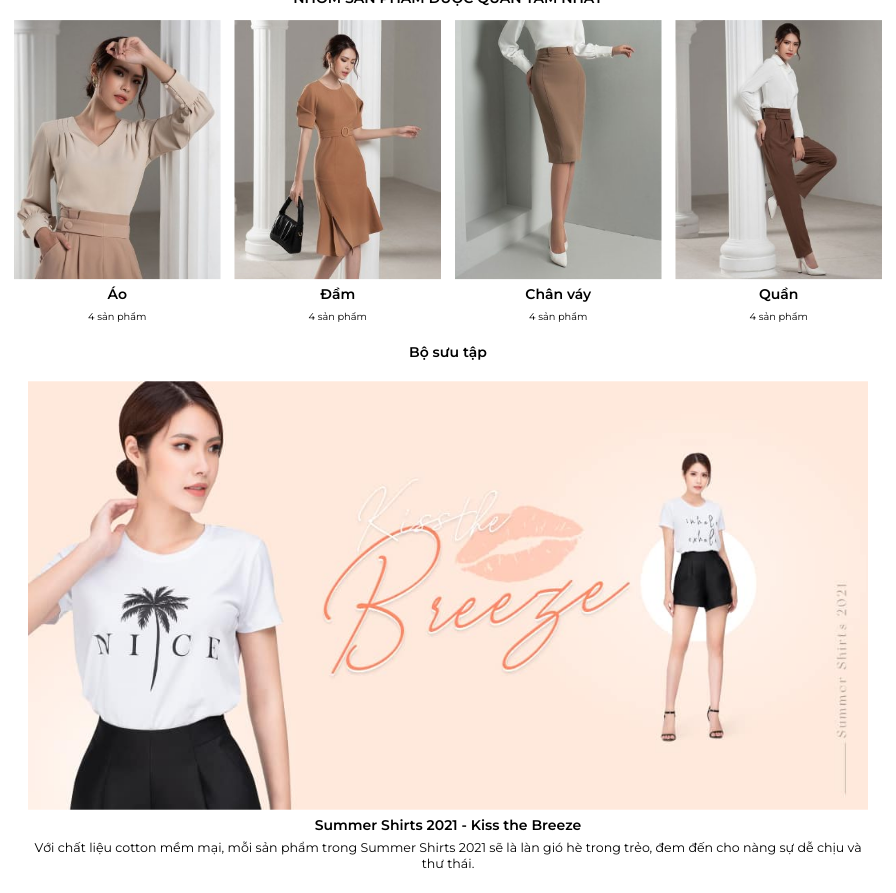
Repository: Nguyenductuan-dev/bt_j2team
Page: index.html
An editor plug-in stored every save of this project. The page is shown before and after the next save, followed by the edit.
The browser window is 1280 px wide. The pictures show the part of the page from y = 1424 to 3344 px (the page is 2699 px tall before and 3344 px after), at 70% of full size.

Above is the page before, as saved 2021-12-12 17:05:09.

After the next save:
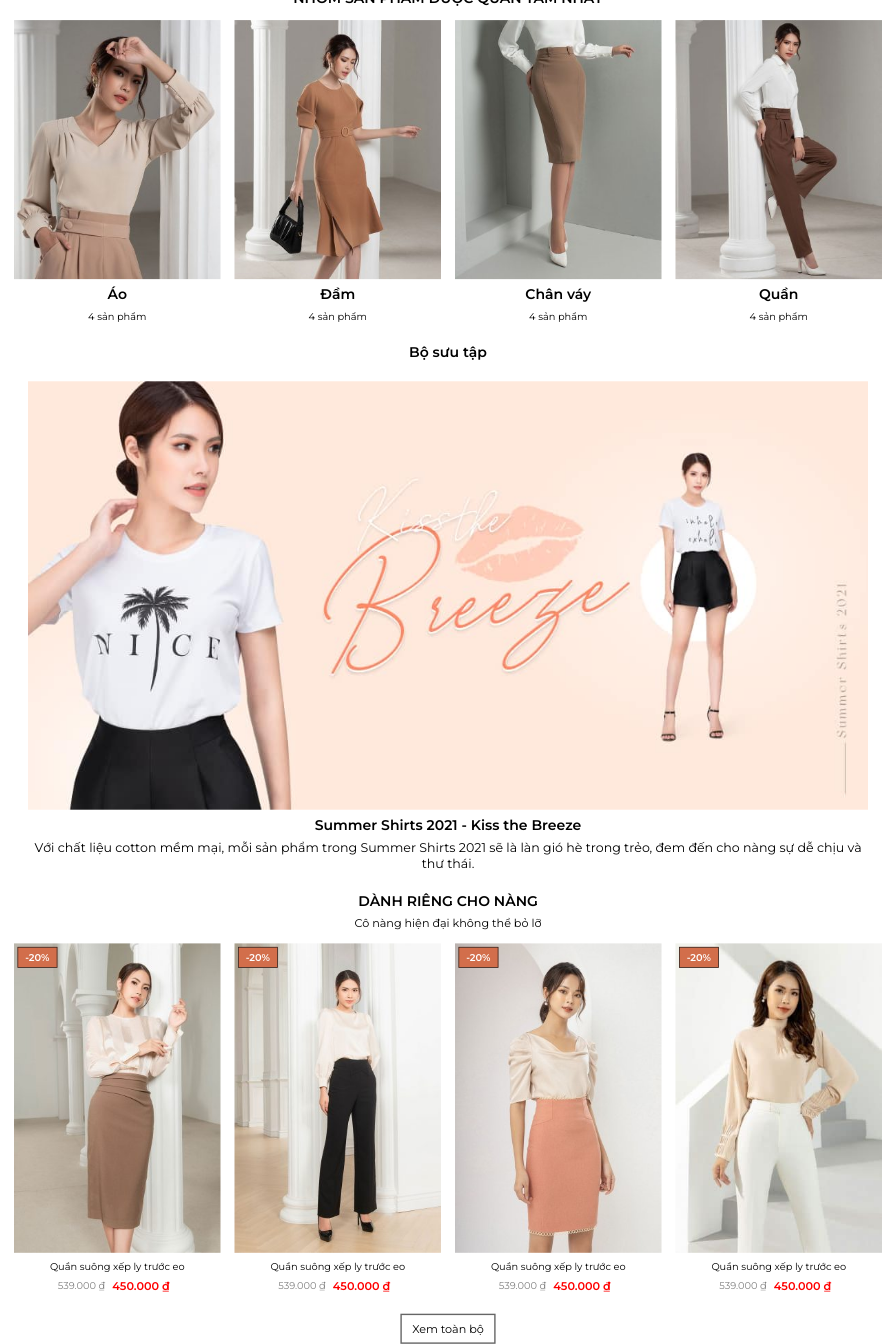
Saved 67 s later.
--- a/index.html
+++ b/index.html
@@ -225,6 +225,104 @@
                     </p>
                 </a>
             </div>
+
+            <!-- Product -->
+            <div class="home__product">
+                <div class="home__product-heading">
+                    <h3 class="home__product-heading-title">
+                        DÀNH RIÊNG CHO NÀNG
+                    </h3>
+                    <p class="home__product-heading-description">
+                        Cô nàng hiện đại không thể bỏ lỡ
+                    </p>
+                </div>
+                <div class="home__product-list">
+                    <div class="home__product-item">
+                        <a href="" class="home__product-item__link">
+                            <img src="./images/product1.jpg" alt="" class="home__product-item__img">
+                        </a>
+
+                        <a href="">
+                            <h3 class="home__product-item__title">
+                                Quần suông xếp ly trước eo
+                            </h3>
+                        </a>
+                        <div class="home__product-item__price">
+                            <span class="home-product-item__price-old">539.000 ₫</span>
+                            <span class="home-product-item__price-current">450.000 ₫</span>
+                        </div>
+
+                        <div class="home-product-item__sale-off">
+                            <span>-20%</span>
+                        </div>
+
+                    </div>
+                    <div class="home__product-item">
+                        <a href="" class="home__product-item__link">
+                            <img src="./images/product2.jpg" alt="" class="home__product-item__img">
+                        </a>
+
+                        <a href="">
+                            <h3 class="home__product-item__title">
+                                Quần suông xếp ly trước eo
+                            </h3>
+                        </a>
+                        <div class="home__product-item__price">
+                            <span class="home-product-item__price-old">539.000 ₫</span>
+                            <span class="home-product-item__price-current">450.000 ₫</span>
+                        </div>
+
+                        <div class="home-product-item__sale-off">
+                            <span>-20%</span>
+                        </div>
+
+                    </div>
+                    <div class="home__product-item">
+                        <a href="" class="home__product-item__link">
+                            <img src="./images/product3.jpg" alt="" class="home__product-item__img">
+                        </a>
+
+                        <a href="">
+                            <h3 class="home__product-item__title">
+                                Quần suông xếp ly trước eo
+                            </h3>
+                        </a>
+                        <div class="home__product-item__price">
+                            <span class="home-product-item__price-old">539.000 ₫</span>
+                            <span class="home-product-item__price-current">450.000 ₫</span>
+                        </div>
+
+                        <div class="home-product-item__sale-off">
+                            <span>-20%</span>
+                        </div>
+
+                    </div>
+                    <div class="home__product-item">
+                        <a href="" class="home__product-item__link">
+                            <img src="./images/product4.jpg" alt="" class="home__product-item__img">
+                        </a>
+
+                        <a href="">
+                            <h3 class="home__product-item__title">
+                                Quần suông xếp ly trước eo
+                            </h3>
+                        </a>
+                        <div class="home__product-item__price">
+                            <span class="home-product-item__price-old">539.000 ₫</span>
+                            <span class="home-product-item__price-current">450.000 ₫</span>
+                        </div>
+
+                        <div class="home-product-item__sale-off">
+                            <span>-20%</span>
+                        </div>
+                    </div>
+                </div>
+
+                <div class="home__product-total">
+                    <a href="" class="home__product-total-link">Xem toàn bộ</a>
+                </div>
+            </div>
+
         </div>
 
     </div>
